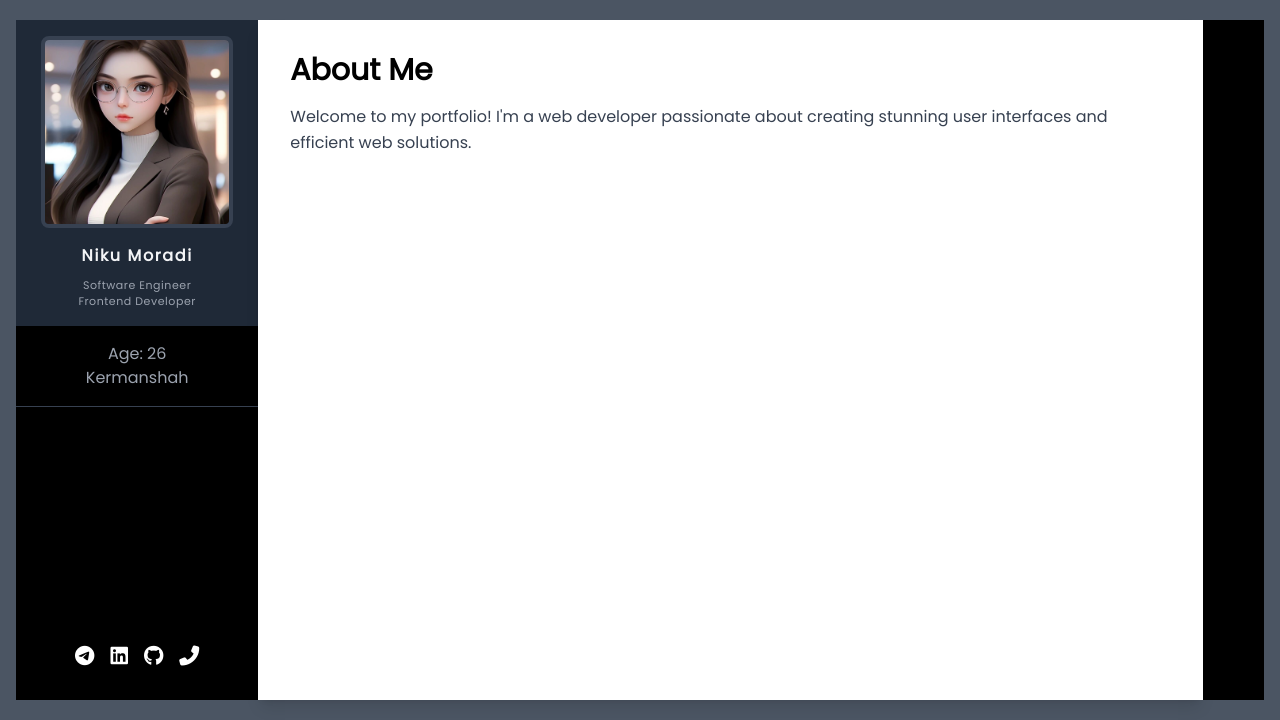
Repository: NikuMoradi/niku-moradi
Page: /
The author's editor kept a copy of each file at every save. The page is drawn from the files as they stood at one save, then again after the next save.
The browser window is 1280 px wide. The pictures show the whole page.
The project was rebuilt for these pictures with package versions that can differ from the ones it lists, and the page was loaded fresh each time. The framework's server and built-in components were replaced by stand-ins that run in the browser. Also part of the build but not shown: nuxt.config.ts, components/Blog Posts/Component-Design.vue, components/Blog.vue, components/Contact.vue, components/Education.vue, components/Experience.vue, components/Hero.vue, components/Menu.vue and 3 more.

Above is the page before, as saved 2024-11-29 10:28:21.

### assets/css/main.css
@tailwind base;
@tailwind components;
@tailwind utilities;

body {
  /* From https://css.glass */
  background: #ffffff;
  font-family: "Poppins", sans-serif;
}

@layer utilities {
}

### components/LeftPanel.vue
<template>
  <div
    class="bg-black text-white w-80 flex flex-col"
    style="height: calc(100vh - 40px)"
  >
    <!-- Header-->
    <div class="p-4 flex flex-col items-center justify-center bg-gray-800">
      <img
        src="../assets/img/photo_2024-11-28_10-37-05.jpg"
        alt="Profile Picture"
        class="w-48 h-48 mb-5 rounded-lg border-4 border-gray-700 object-cover object-center"
      />
      <h2
        class="text-gray-100 text-[16px] font-semibold tracking-widest leading-[16.8px] mb-3"
      >
        Niku Moradi
      </h2>
      <p
        class="text-gray-400 text-[11px] font-light tracking-wider leading-[16.5px]"
      >
        Software Engineer
      </p>
      <p
        class="text-gray-400 text-[11px] font-light tracking-wider leading-[16.5px]"
      >
        Frontend Developer
      </p>
    </div>

    <!-- Biography -->
    <div class="p-4 text-center border-b border-gray-700">
      <p class="text-md text-gray-400">Age: 26</p>
      <p class="text-md text-gray-400">Kermanshah</p>
    </div>

    <!-- Social Links -->
    <div class="py-8 text-center mt-auto text-white">
      <div class="space-x-4">
        <a
          href="https://t.me/yourusername"
          target="_blank"
          class="text-white hover:text-blue-400"
        >
          <i class="fab fa-telegram fa-lg"></i>
        </a>
        <a
          href="https://linkedin.com/in/yourusername"
          target="_blank"
          class="text-white hover:text-blue-600"
        >
          <i class="fab fa-linkedin fa-lg"></i>
        </a>
        <a
          href="https://github.com/yourusername"
          target="_blank"
          class="text-white hover:text-gray-700"
        >
          <i class="fab fa-github fa-lg"></i>
        </a>
        <a href="tel:+1234567890" class="text-white hover:text-green-400">
          <i class="fas fa-phone-alt fa-lg"></i>
        </a>
      </div>
    </div>
  </div>
</template>

### components/RightPanel.vue
<template>
  <div class="bg-black w-20" style="height: calc(100vh - 40px)"></div>
</template>

### layouts/default.vue
<template>
  <div class="flex justify-center items-center min-h-screen bg-gray-600 px-4">
    <LeftPanel />

    <!-- Fixed Width Centered Card -->
    <div
      class="bg-white shadow-lg w-full max-w-5xl overflow-hidden"
      style="height: calc(100vh - 40px)"
    >
      <!-- Scrollable Content -->
      <div class="overflow-y-auto h-full scrollbar-hide">
        <NuxtPage />
      </div>
    </div>
    <!-- Right Panel -->
    <RightPanel />
  </div>
</template>

<style>
/* Add any custom global styles here */
body {
  background: linear-gradient(to bottom, #f0f0f0, #d0d0d0);
}
</style>

### app.vue
<!-- The app.vue is just holding the layout container and serving as the root.
 The default.vue layout handles the overall structure of the page.
All content from your pages will automatically be placed inside the NuxtPage slot of the layout.-->
<template>
  <NuxtLayout />
</template>

### pages/index.vue
<template>
  <div class="p-8">
    <h1 class="text-3xl font-bold mb-4">About Me</h1>
    <p class="text-gray-700 leading-relaxed">
      Welcome to my portfolio! I'm a web developer passionate about creating
      stunning user interfaces and efficient web solutions.
    </p>
  </div>
</template>

### tailwind.config.js
/** @type {import('tailwindcss').Config} */
export default {
  content: [
    "./components/**/*.{js,vue,ts}",
    "./layouts/**/*.vue",
    "./pages/**/*.vue",
    "./plugins/**/*.{js,ts}",
    "./app.vue",
    "./error.vue",
  ],
  theme: {
    extend: {},
  },
  plugins: [require("tailwind-scrollbar-hide")],
};

Loaded but not shown: plugins/aos.client.js (no copy from this time; the picture is the same without it)

After the next save:
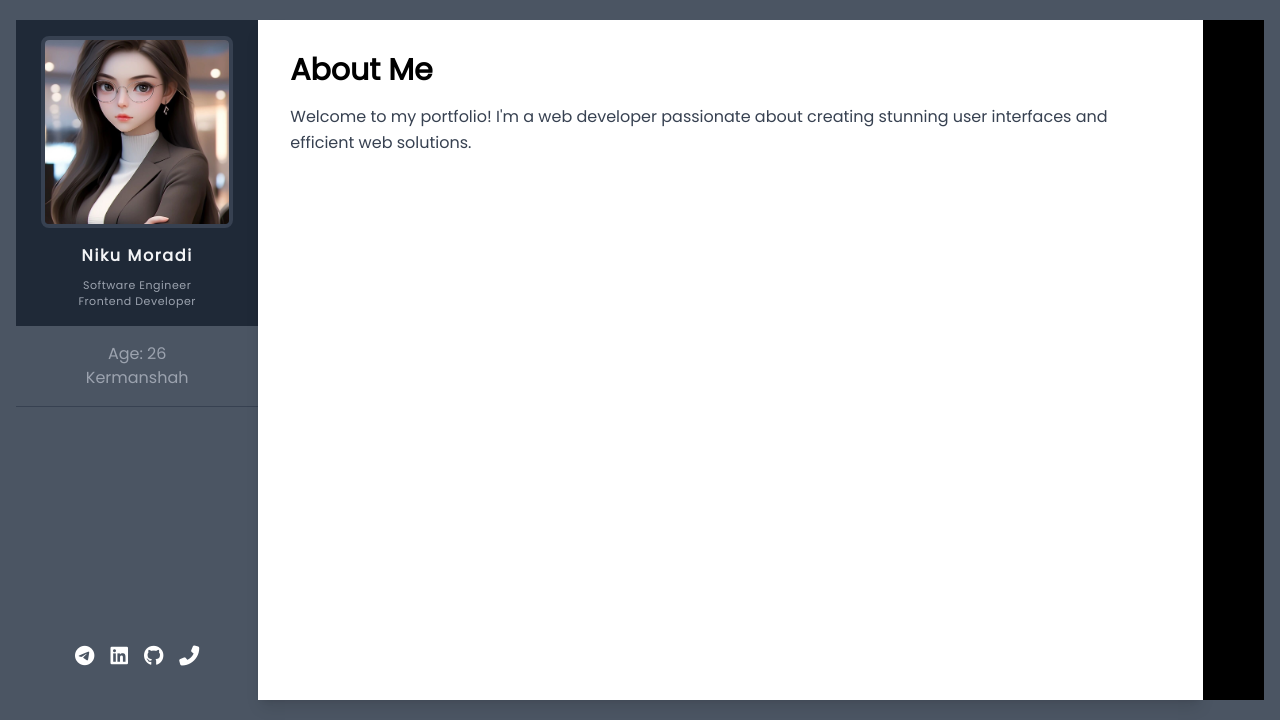
Saved 60 s later.
--- a/components/LeftPanel.vue
+++ b/components/LeftPanel.vue
@@ -1,8 +1,5 @@
 <template>
-  <div
-    class="bg-black text-white w-80 flex flex-col"
-    style="height: calc(100vh - 40px)"
-  >
+  <div class="text-white w-80 flex flex-col" style="height: calc(100vh - 40px)">
     <!-- Header-->
     <div class="p-4 flex flex-col items-center justify-center bg-gray-800">
       <img
